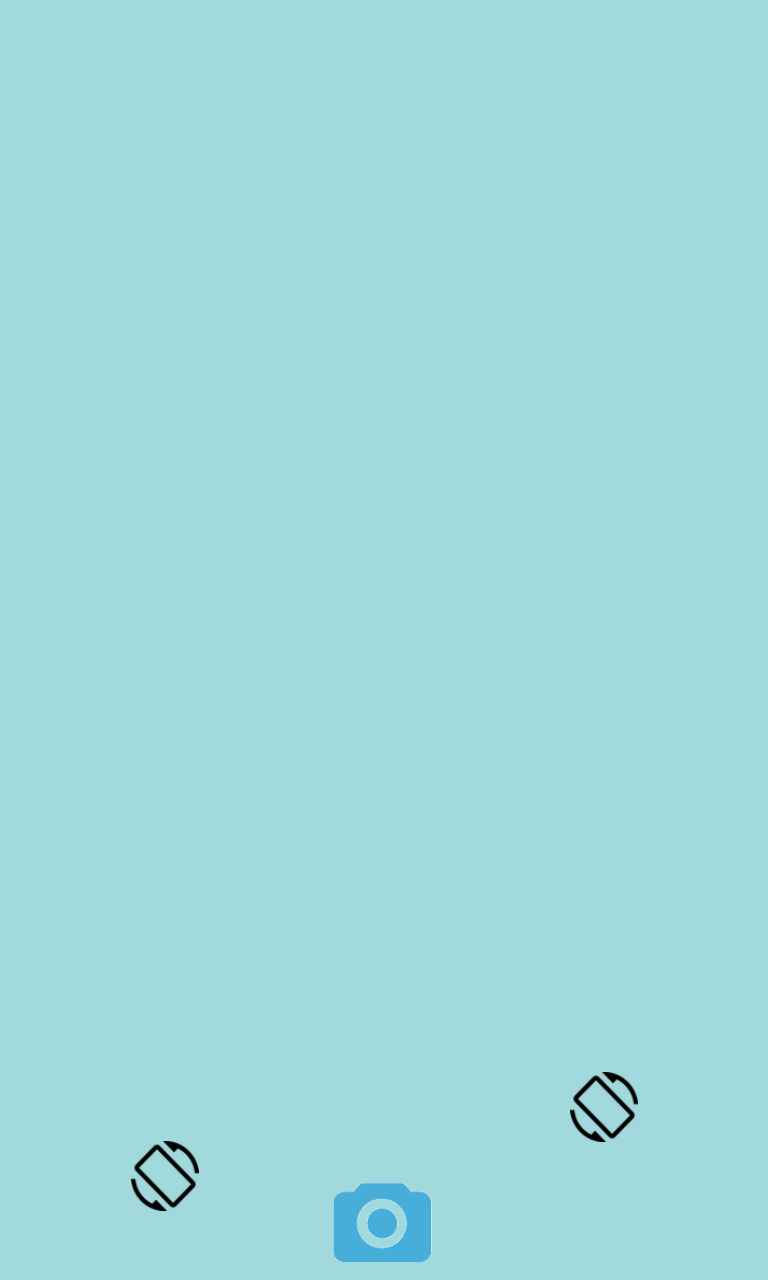
Repository: jucasoliveira/crazycameraapp
Layout: CrazyCameraCp/res/layout/activity_main.xml
The author's editor kept a copy of each file at every save. The layout is drawn from the files as they stood at one save, then again after the next save.
It is drawn on a 768 x 1280 px phone screen (xhdpi) without system bars, with theme AppTheme; the app's code is not run.

Above is the layout before, as saved 2015-04-16 23:33:26.

### CrazyCameraCp/res/layout/activity_main.xml
<?xml version="1.0" encoding="utf-8"?>
<LinearLayout xmlns:android="http://schemas.android.com/apk/res/android"
    android:orientation="vertical"
    android:layout_width="fill_parent"
    android:layout_height="fill_parent"
    android:background="@drawable/bluetint"
    >
  <FrameLayout
    android:id="@+id/camera_preview"
    android:layout_width="fill_parent"
    android:layout_height="fill_parent"
    android:layout_weight="1"
    />

  <Button
      android:id="@+id/button_capture"
      android:layout_width="77dp"
      android:layout_height="58dp"
      android:layout_gravity="center"
      android:layout_marginLeft="0dp"
      android:layout_marginTop="10dp"
      android:background="@drawable/iconcamera" />

   <Button
       android:id="@+id/button_rotate"
       android:layout_width="34dp"
       android:layout_height="35dp"
       android:layout_gravity="center"
       android:layout_marginLeft="-110dp"
       android:layout_marginTop="-70dp"
       android:background="@drawable/icon_rotate" />
      <Button
       android:id="@+id/button_flash"
       android:layout_width="34dp"
       android:layout_height="35dp"
       android:layout_gravity="center"
       android:layout_marginLeft="110dp"
       android:layout_marginTop="-70dp"
       android:background="@drawable/icon_rotate" />

</LinearLayout>

Loaded but not shown: CrazyCameraCp/res/values/styles.xml (common file); CrazyCameraCp/res/values-v11/styles.xml (common file); CrazyCameraCp/res/values-v14/styles.xml (common file)

After the next save:
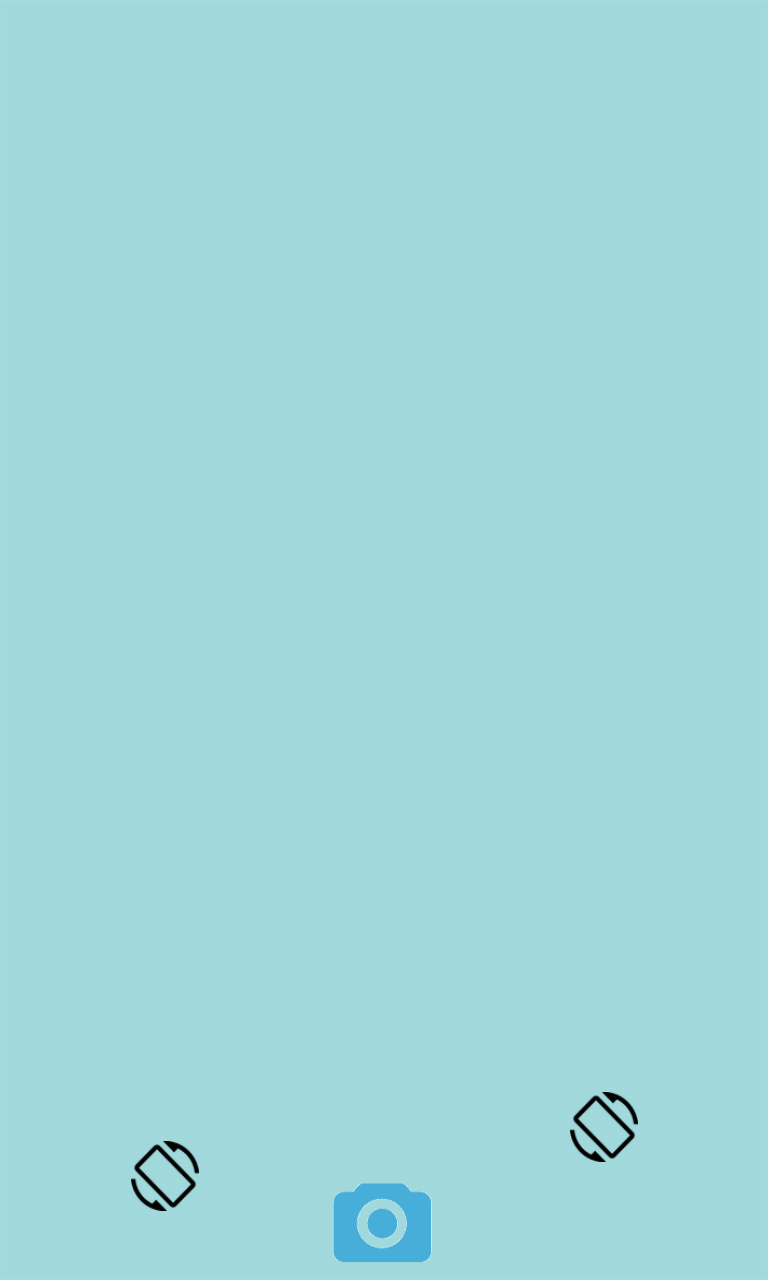
Saved 7 s later.
--- a/CrazyCameraCp/res/layout/activity_main.xml
+++ b/CrazyCameraCp/res/layout/activity_main.xml
@@ -35,7 +35,7 @@
        android:layout_height="35dp"
        android:layout_gravity="center"
        android:layout_marginLeft="110dp"
-       android:layout_marginTop="-70dp"
+       android:layout_marginTop="-60dp"
        android:background="@drawable/icon_rotate" />
 
 </LinearLayout>
